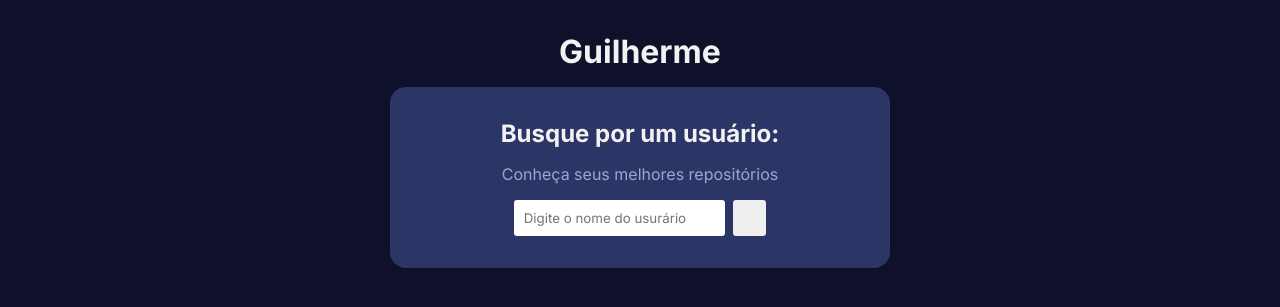
Repository: guilhermecardoso93/github-finder
Page: /
An editor plug-in stored every save of this project. The page is shown before and after the next save, followed by the edit.
The browser window is 1280 px wide. The pictures show the whole page.
The project was rebuilt for these pictures with package versions that can differ from the ones it lists, and the page was loaded fresh each time. Also part of the build but not shown: vite.config.ts.

Above is the page before, as saved 2024-10-24 19:50:37.

### index.html
<!doctype html>
<html lang="en">

<head>
    <meta charset="UTF-8" />
    <link rel="icon" type="image/svg+xml" href="/" />
    <link rel="preconnect" href="https://fonts.googleapis.com">
    <link rel="preconnect" href="https://fonts.gstatic.com" crossorigin>
    <link href="https://fonts.googleapis.com/css2?family=Inter:ital,opsz,wght@0,14..32,100..900;1,14..32,100..900&display=swap" rel="stylesheet">
    <meta name="viewport" content="width=device-width, initial-scale=1.0" />
    <title>GitHub Finder </title>
</head>

<body>
    <div id="root"></div>
    <script type="module" src="/src/main.tsx"></script>
</body>

</html>

### src/main.tsx
import { createBrowserRouter, RouterProvider } from "react-router-dom";
import { StrictMode } from "react";
import { createRoot } from "react-dom/client";
import { App } from "./App.tsx";
import "./index.css";

//Pages
import { Home } from "./routes/Home.tsx";

const router = createBrowserRouter([
  {
    path: "/",
    element: <App />,
    children: [
      {
        path: "/",
        element: <Home />,
      },
    ],
  },
]);

createRoot(document.getElementById("root")!).render(
  <StrictMode>
    <RouterProvider router={router} />
  </StrictMode>
);

### src/App.tsx
import { Outlet } from "react-router-dom";

import classes from './App.module.css';

export const App = () => {
  return (
    <div className={classes.app}>
      <h1>Guilherme</h1>
      <Outlet />
    </div>
  );
};

### src/index.css
* {
  padding: 0;
  margin: 0;
  box-sizing: border-box;
  font-family: "Inter", serif;
  font-optical-sizing: auto;
  color: #f2f2f2;
}

body {
  background-color: #0e1129;
  padding: 2rem;
}

p {
  text-align: center;
}

a {
  text-decoration: none;
}

### src/routes/Home.tsx
import { useState } from "react";
import { UserProps } from "../@types/user";
import { Search } from "../components/Search";

export const Home = () => {
  const [user, setUser] = useState<UserProps | null>(null);

  async function loadUser(userName: string) {
    const res = await fetch(`https://api.github.com/users/${userName}`);
    const data = await res.json();

    const { avatar_url, login, location, followers, following } = data;

    const userData: UserProps = {
      avatar_url,
      login,
      location,
      followers,
      following,
    };

    setUser(userData);
  }

  return (
    <>
      <Search loadUser={loadUser} />
      {
        user && <p>{user.login}</p>
      }
    </>
  );
};

### src/App.module.css
.app {
  max-width: 500px;
  margin: 0 auto;
}

.app h1 {
  text-align: center;
  margin-bottom: 1rem;
}

### src/components/Search/index.tsx
import { useState } from "react";
import { BsSearch } from "react-icons/bs";

import classes from './styles.module.css'

type SearchProps = {
  loadUser: (userName: string) => Promise<void>;
};

export const Search = ({ loadUser }: SearchProps) => {
  const [userName, setUserName] = useState("");

  return (
    <div className={classes.container}>
      <h2>Busque por um usuário:</h2>
      <p>Conheça seus melhores repositórios</p>
      <div className={classes.search_input}>
        <input
          type="text"
          placeholder="Digite o nome do usurário"
          onChange={(e) => setUserName(e.target.value)}
        />
        <button onClick={() => loadUser(userName)}>
          <BsSearch />
        </button>
      </div>
    </div>
  );
};

### src/components/Search/styles.module.css
.container {
  background-color: #2b3566;
  padding: 2rem;
  border-radius: 1rem;
  gap: 1rem;
  display: flex;
  flex-direction: column;
  align-items: center;
  justify-content: center;
  margin-bottom: 2rem;
}

.container p {
  color: #9da5d1;
}

.search_input {
  display: flex;
  gap: .5rem;
}

.search_input input,
.search_input button {
  padding: .6rem;
  border-radius: 3px;
  border: none;
  color: #2b3566;
}

After the next save:
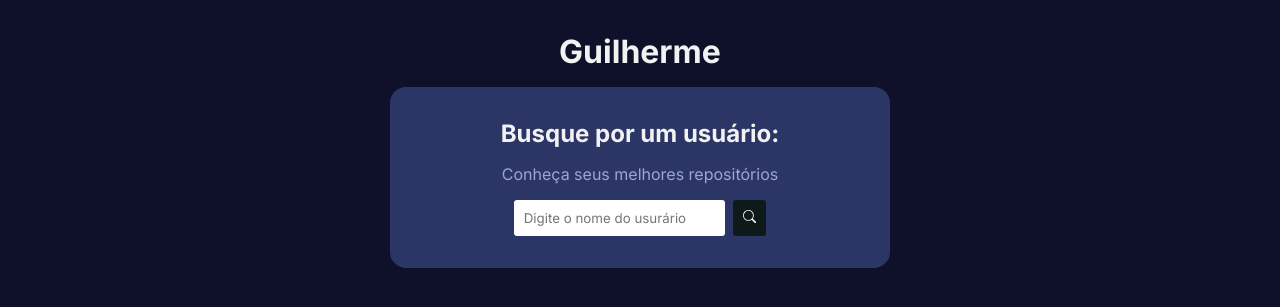
Saved 19 s later.
--- a/src/components/Search/styles.module.css
+++ b/src/components/Search/styles.module.css
@@ -26,3 +26,7 @@
   border: none;
   color: #2b3566;
 }
+
+.search_input button {
+  background-color: #0e1919;
+}
